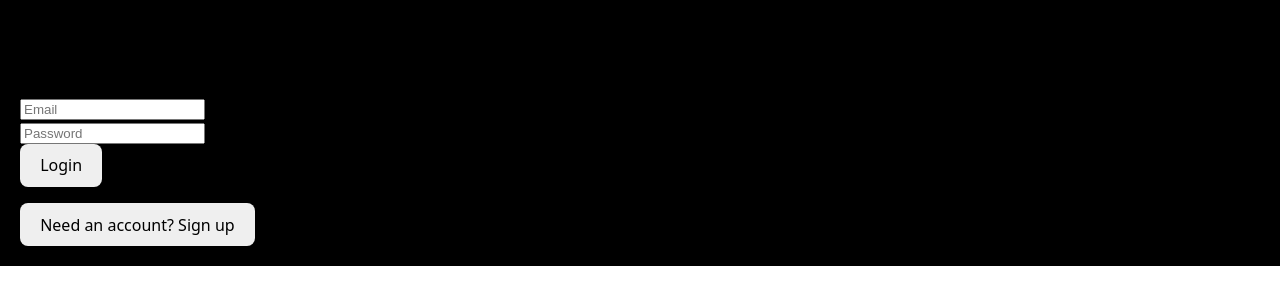
Repository: rosieomusic/chore-app
Page: /
These files come from the project's save history. The page is drawn as it stood at one moment and after the next save; the edit follows.
The browser window is 1280 px wide. The pictures show the whole page.
The project was rebuilt for these pictures with package versions that can differ from the ones it lists, and the page was loaded fresh each time. Also part of the build but not shown: vite.config.js, src/components/ChoreListComponent.jsx.

Above is the page before, as saved 2025-06-08 16:16:24.

### src/index.css
:root {
	font-family: system-ui, Avenir, Helvetica, Arial, sans-serif;
	line-height: 1.5;
	font-weight: 400;

	font-synthesis: none;
	text-rendering: optimizeLegibility;
	-webkit-font-smoothing: antialiased;
	-moz-osx-font-smoothing: grayscale;
}

a {
	font-weight: 500;

	text-decoration: inherit;
}
a:hover {
	color: #535bf2;
}

body,
html {
	margin: 0;
	display: block;
}
@font-face {
	font-family: 'alagard';
	src: url(./fonts/alagard.ttf);
}
h1 {
	font-family: 'alagard';
	font-size: 3.2em;
	line-height: 1.1;
}

button {
	border-radius: 8px;
	border: 1px solid transparent;
	padding: 0.6em 1.2em;
	font-size: 1em;
	font-weight: 500;
	font-family: inherit;

	cursor: pointer;
	transition: border-color 0.25s;
}
button:hover {
	border-color: #646cff;
}
button:focus,
button:focus-visible {
	outline: 4px auto -webkit-focus-ring-color;
}

### src/App.jsx
// src/App.js
import { useEffect, useState } from 'react';
import supabase from './supabaseClient';
import Login from './Login';
import ChoreListComponent from './components/ChoreListComponent';
import './App.css';

function App() {
	const [user, setUser] = useState(null);
	const [profile, setProfile] = useState(null);

	useEffect(() => {
		supabase.auth.getUser().then(({ data: { user } }) => {
			setUser(user);
		});

		const { data: listener } = supabase.auth.onAuthStateChange(
			(_event, session) => {
				setUser(session?.user ?? null);
			}
		);

		return () => listener?.subscription.unsubscribe();
	}, []);

	useEffect(() => {
		const fetchProfile = async () => {
			if (!user) return;

			const { data, error } = await supabase
				.from('profiles')
				.select('name, avatar')
				.eq('user_id', user.id)
				.single();

			if (error) console.error('Error fetching profile:', error);
			else setProfile(data);
		};

		fetchProfile();
	}, [user]);

	const handleLogout = async () => {
		await supabase.auth.signOut();
	};

	if (!user) return <Login onLogin={setUser} />;

	return (
		<div className='app-container'>
			<div id='welcome'>
				<h1>Welcome, {profile?.name || 'loading...'}</h1>
				{profile?.avatar && (
					<img
						src={profile.avatar}
						alt='avatar'
						style={{ width: 100, height: 100 }}
					/>
				)}
			</div>
			<main>
				<ChoreListComponent />
			</main>
			<button onClick={handleLogout}>Log Out</button>
		</div>
	);
}

export default App;

### src/supabaseClient.js
// supabaseClient.js
import { createClient } from '@supabase/supabase-js';

const supabaseUrl = 'https://kuifvftsbrsiezbespzg.supabase.co';
const supabaseAnonKey =
	'eyJhbGciOiJIUzI1NiIsInR5cCI6IkpXVCJ9.eyJpc3MiOiJzdXBhYmFzZSIsInJlZiI6Imt1aWZ2ZnRzYnJzaWV6YmVzcHpnIiwicm9sZSI6ImFub24iLCJpYXQiOjE3NDk0MDE4MzEsImV4cCI6MjA2NDk3NzgzMX0.miFwdZT5puXqjOl3EsSnvVgXaFHLg5pYHmHz62r7bj8';

export const supabase = createClient(supabaseUrl, supabaseAnonKey);

export default supabase;

### src/Login.jsx
// src/Login.js
import { useState } from 'react';
import supabase from './supabaseClient';

export default function Login({ onLogin }) {
	const [email, setEmail] = useState('');
	const [password, setPassword] = useState('');
	const [isSigningUp, setIsSigningUp] = useState(false);
	const [error, setError] = useState(null);

	const handleAuth = async (e) => {
		e.preventDefault();
		setError(null);

		const { data, error } = isSigningUp
			? await supabase.auth.signUp({ email, password })
			: await supabase.auth.signInWithPassword({ email, password });

		if (error) setError(error.message);
		else onLogin(data.user);
	};

	return (
		<div style={{ padding: 20 }}>
			<h2>{isSigningUp ? 'Sign Up' : 'Log In'}</h2>
			<form onSubmit={handleAuth}>
				<input
					type='email'
					placeholder='Email'
					value={email}
					onChange={(e) => setEmail(e.target.value)}
					required
				/>
				<br />
				<input
					type='password'
					placeholder='Password'
					value={password}
					onChange={(e) => setPassword(e.target.value)}
					required
				/>
				<br />
				<button type='submit'>
					{isSigningUp ? 'Create Account' : 'Login'}
				</button>
			</form>
			<p style={{ color: 'red' }}>{error}</p>
			<button onClick={() => setIsSigningUp(!isSigningUp)}>
				{isSigningUp
					? 'Already have an account? Log in'
					: 'Need an account? Sign up'}
			</button>
		</div>
	);
}

### src/App.css
#root {
	margin: 0;
	background-color: black;
}
.app-container {
}
#welcome {
}

@font-face {
	font-family: 'alagard';
	src: url(./fonts/alagard.ttf);
}

Loaded but not shown: index.html (common file); src/main.jsx (common file)

After the next save:
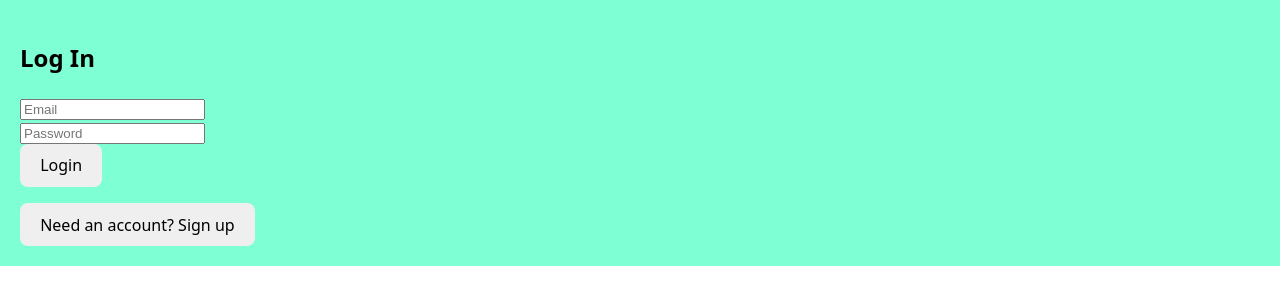
Saved 13 s later.
--- a/src/App.css
+++ b/src/App.css
@@ -1,6 +1,6 @@
 #root {
 	margin: 0;
-	background-color: black;
+	background-color: aquamarine;
 }
 .app-container {
 }
